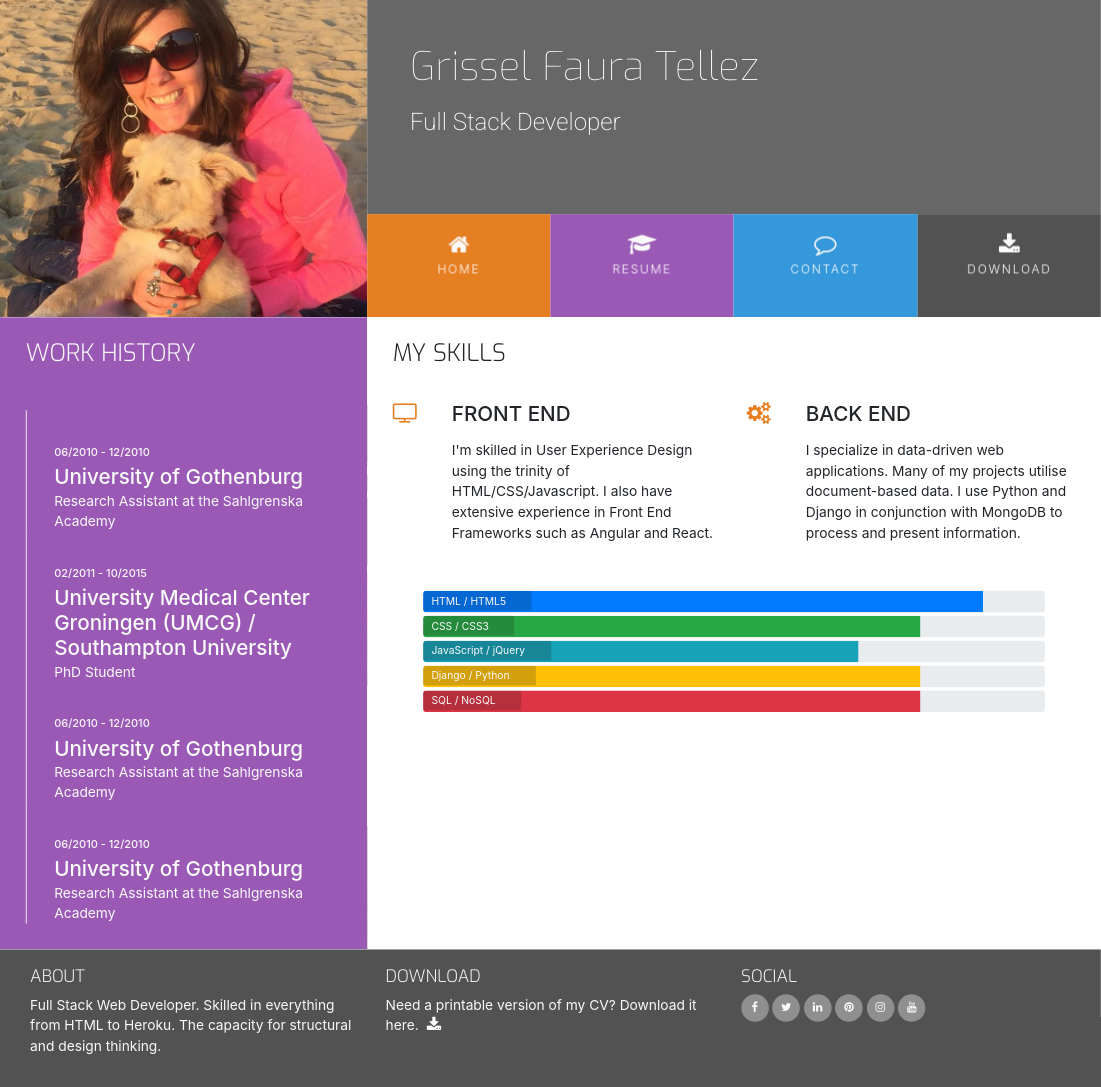
Repository: grisselfaura/Resume-Project-Introduction
Page: resume.html
The author's editor kept a record of every edit. The page is drawn from the files as they stood at one moment, then again after the next edit.
The browser window is 1280 px wide. The pictures show the whole page, at 86% of full size.

Above is the page before.

### resume.html
<!DOCTYPE html>
<html lang="en">
<head>
    <meta charset="UTF-8">
    <meta name="viewport" content="width=device-width, initial-scale=1.0">
    <meta http-equiv="X-UA-Compatible" content="ie=edge">
    <link rel="stylesheet" href="https://stackpath.bootstrapcdn.com/bootstrap/4.3.1/css/bootstrap.min.css" type="text/css" />
    <link rel="stylesheet" href="https://stackpath.bootstrapcdn.com/font-awesome/4.7.0/css/font-awesome.min.css" type="text/css" />
    <link rel="stylesheet" href="https://cdnjs.cloudflare.com/ajax/libs/hover.css/2.3.1/css/hover-min.css" type="text/css" />
    <link rel="stylesheet" href="assets/CSS/style.css" type="text/css" />
    <title>Grissel</title>
</head>
<body>
    <header>
       <div class="row no-gutters">
           <a class="col-md-4 logo" href="index.html"></a>
           <div class="col-md-8">
               <div class="row no-gutters bg-color-name-title">
                   <div class="col heading">
                       <h1 class="name">Grissel Faura Tellez</h1>
                       <h2 class="title">Full Stack Developer</h2>
                    </div>
               </div>
               <div class="row no-gutters">
                   <div class="col">
                       <ul id="nav" class="list-inline menucontainer">
                           <li class="col-6 col-sm-3 ui-menu-color-home list-inline-item menuitem">
                               <a href="#" class="hvr-sweep-to-bottom"><i class="fa fa-home" aria-hidden="true"></i><span>Home</span></a>
                           </li>
                           <li class="col-6 col-sm-3 ui-menu-color-resume list-inline-item menuitem">
                               <a href="#" class="hvr-sweep-to-bottom"><i class="fa fa-graduation-cap" aria-hidden="true"></i><span>Resume</span></a>
                           </li>
                           <li class="col-6 col-sm-3 ui-menu-color-contact list-inline-item menuitem">
                               <a href="#" class="hvr-sweep-to-bottom"><i class="fa fa-comment-o" aria-hidden="true"></i><span>Contact</span></a>
                           </li>
                           <li class="col-6 col-sm-3 ui-menu-color-download list-inline-item menuitem">
                               <a href="#" class="hvr-sweep-to-bottom"><i class="fa fa-download" aria-hidden="true"></i><span>Download</span></a>
                           </li>
                       </ul>
                   </div>
               </div>
           </div>
       </div>
    </header>
    <section class="container-fluid">
        <div class="row">
            <div class="col-md-4 bg-color-work-history section-column">
                <div class="row">
                    <div class="col-12">
                        <h3 class="history-heading uppercase">
                            Work History
                            </h3>
                    </div>
                </div>
                <div class="timeline-item" data-dates="06/2010 - 12/2010">
                    <h4>University of Gothenburg</h4>
                    <p>Research Assistant at the Sahlgrenska Academy</p>
                </div>
                <div class="timeline-item" data-dates="02/2011 - 10/2015">
                    <h4>University Medical Center Groningen (UMCG) / Southampton University</h4>
                    <p>PhD Student</p>
                </div>
                <div class="timeline-item" data-dates="06/2010 - 12/2010">
                    <h4>University of Gothenburg</h4>
                    <p>Research Assistant at the Sahlgrenska Academy</p>
                </div>
                <div class="timeline-item" data-dates="06/2010 - 12/2010">
                    <h4>University of Gothenburg</h4>
                    <p>Research Assistant at the Sahlgrenska Academy</p>
                </div>
            </div>
            <div class="col-md-8 bg-color-three-reasons section-column">
                <div class="row">
                    <div class="col">
                        <h3 class="section-heading uppercase">My Skills</h3>
                    </div>
                </div>
                <div class="row">
                    <div class="col-10 offset-1 offset-sm-0 col-sm-4 col-md-6">
                        <div class="row">
                            <div class="col-2">
                                <i class="three-reasons-icon fa fa-tv" aria-hidden="true"></i>
                            </div>
                            <div class="col-10">
                                <h4 class="three-reasons-heading uppercase">Front End</h4>
                                <p>
                                    I'm skilled in User Experience Design using the trinity of HTML/CSS/Javascript. I also have extensive experience in Front End Frameworks such as Angular and React.
                                </p>
                            </div>
                        </div>
                    </div>
                    <div class="col-10 offset-1 offset-sm-0 col-sm-4 col-md-6">
                        <div class="row">
                            <div class="col-2">
                                <i class="three-reasons-icon fa fa-gears" aria-hidden="true"></i>
                            </div>
                            <div class="col-10">
                                <h4 class="three-reasons-heading uppercase">Back End</h4>
                                <p>
                                    I specialize in data-driven web applications. Many of my projects utilise document-based data. I use Python and Django in conjunction with MongoDB to process and present information.
                                </p>
                            </div>
                        </div>
                    </div>
                </div>
                <div class="row progress-section">
                    <div class="col">
                        <div class="progress">
                            <div class="progress-bar" role="progressbar" aria-valuenow="90" aria-valuemin="0" aria-valuemax="100" style="width:90%;">
                                <span class="sr-only">90% complete</span>
                            </div>
                            <span class="progress-type">HTML / HTML5</span>
                        </div>
                        <div class="progress">
                            <div class="progress-bar bg-success" role="progressbar" aria-valuenow="80" aria-valuemin="0" aria-valuemax="100" style="width:80%;">
                                <span class="sr-only">80% complete</span>
                            </div>
                            <span class="progress-type">CSS / CSS3</span>
                        </div>
                        <div class="progress">
                            <div class="progress-bar bg-info" role="progressbar" aria-valuenow="70" aria-valuemin="0" aria-valuemax="100" style="width:70%;">
                                <span class="sr-only">70% complete</span>
                            </div>
                            <span class="progress-type">JavaScript / jQuery</span>
                        </div>
                        <div class="progress">
                            <div class="progress-bar bg-warning" role="progressbar" aria-valuenow="80" aria-valuemin="0" aria-valuemax="100" style="width:80%;">
                                <span class="sr-only">80% complete</span>
                            </div>
                            <span class="progress-type">Django / Python</span>
                        </div>
                         <div class="progress">
                            <div class="progress-bar bg-danger" role="progressbar" aria-valuenow="80" aria-valuemin="0" aria-valuemax="100" style="width:80%;">
                                <span class="sr-only">80% complete</span>
                            </div>
                            <span class="progress-type">SQL / NoSQL</span>
                        </div>
                    </div>
                </div>
            </div>
        </div>
 </section>
    <footer class="container-fluid">
        <div id="footer-details" class="row">
            <div class="col-sm-4">
                <h5 class="uppercase general-sub">About</h5>
                <p class ="inline-block">
                Full Stack Web Developer. Skilled in everything from HTML to Heroku. The capacity for structural and design thinking.</p>
            </div>
            <div class="col-sm-4">
                <h5 class="uppercase general-sub">Download</h5>
                <p class ="inline-block">
                Need a printable version of my CV? Download it here.
                    <a href="#" target="_blank" class="cv-pdf">
                        <i class="fa fa-download" aria-hidden="true"></i>
                        <span class="sr-only">Download link again.</span>
                    </a>
                </p>
             </div>
            <div class="col-sm-4">
                <h5 class="uppercase general-sub">Social</h5>
                <ul class="list-inline social-links">
                    <li class="list-inline-item">
                        <a target="_blank" href="#">
                            <i class="fa fa-facebook" aria-hidden="true"></i>
                            <span class="sr-only">Facebook</span>
                        </a>
                    </li>
                    <li class="list-inline-item">
                        <a target="_blank" href="#">
                            <i class="fa fa-twitter" aria-hidden="true"></i>
                            <span class="sr-only">Twitter</span>
                        </a>
                    </li>
                     <li class="list-inline-item">
                        <a target="_blank" href="#">
                            <i class="fa fa-linkedin" aria-hidden="true"></i>
                            <span class="sr-only">LinkedIn</span>
                        </a>
                    </li>
                    <li class="list-inline-item">
                        <a target="_blank" href="#">
                            <i class="fa fa-pinterest" aria-hidden="true"></i>
                            <span class="sr-only">Pinterest</span>
                        </a>
                    </li>
                    <li class="list-inline-item">
                        <a target="_blank" href="#">
                            <i class="fa fa-instagram" aria-hidden="true"></i>
                            <span class="sr-only">Instagram</span>
                        </a>
                    </li>
                    <li class="list-inline-item">
                        <a target="_blank" href="#">
                            <i class="fa fa-youtube" aria-hidden="true"></i>
                            <span class="sr-only">Youtube</span>
                        </a>
                    </li>
                </ul>
            </div>
        </div>
    </footer>
</body>
</html>

### assets/CSS/style.css
@import url('https://fonts.googleapis.com/css?family=Roboto:100,200,300,400,500,600,700|Exo:100,200,300,400,500,600,700');

/*---------------------------------Colours*/

.bg-color-name-title {
    background-color: #676767;
}

.bg-color-three-reasons {
    background-color: #fff;
}

.bg-color-personal-info {
    background-color: #f4f4f4;
}

.bg-color-work-history {
    background-color: #9b59b6;
}

.ui-menu-color-home {
    background-color: #e67e22;
}

.ui-menu-color-resume {
    background-color: #9b59b6;
}

.ui-menu-color-contact {
    background-color: #3498db;
}

.ui-menu-color-download {
    background-color: #525252;
}
/*---------------------------------Special paddings/margins/text*/

h1,
h2,
h3,
h4 {
    margin: 0;
}

.uppercase {
   text-transform: uppercase;
}

.general-sub {
    font-family: "Exo", sans-serif;
    font-weight: 300;
    color: #fafafa;
}

.inline-block {
    display: inline-block;
}

.row-table {
    display: table;
}

.section-column {
    display: table-cell;
    padding: 0 30px 30px;
    float: none;
}

.history-heading,
.section-heading {
    font-family: "Exo", sans-serif;
    font-weight: 300;
    margin-top: 25px;
    margin-bottom: 40px;
}

/*---------------------------------Heading*/
header {
    margin: 0;
}

.heading {
    margin-left: 50px;
}

.logo {
    background: url("../images/gri.jpg");
    background-position: center;
    background-repeat: no-repeat;
    background-size: cover;
    min-height: 360px;
    transition: all .5s ease-in-out;
    -moz-transition: all .5s ease-in-out;
    -webkit-transition: all .5s ease-in-out;
}

.name {
    font-family: "Exo", sans-serif;
    font-weight: 100;
    font-size: 46px;
    margin-top: 50px;
    color: #ffffff;
}

.title {
    font-family: "Roboto", sans-serif;
    font-weight: 200;
    font-size: 28px;
    margin-top: 20px;
    margin-bottom: 90px;
    color: #ffffff;
}
.list-inline-item:not(:last-child) {
    margin-right: 0;
}
.menucontainer {
    font-size: 0;
}

#nav {
    margin: 0
}

#nav li {
    font-size: 14px;
    padding: 0;
}

.menuitem {
    height: 120px;
    text-align: center;
    padding: 0;
}

.menuitem a {
    width: 100%;
    text-decoration: none;
    color: #fff;
    height: 120px;
}

.menuitem a i {
    padding-top: 22px;
    display: block;
    color: #fafafa;
    font-size: 26px;
}

.menuitem span {
    display: block;
    width: 100%;
    padding-top: 5px;
    text-align: center;
    text-transform: uppercase;
    font-size: 14px;
    font-weight: 300;
    letter-spacing: 2px;
}

/*---------------------------------Hover.css*/
.hvr-sweep-to-bottom:before {
    background: rgba(0,0,0,0.2);
    height: 120px;
}

/*---------------------------------Footer*/

footer {
    background-color: #525252;
    color: #fafafa;
    min-height: 120px;
    margin: 0;
}

.cv-pdf i {
  font-size: 18px;
  color: #fafafa;
  text-align: center;
  padding-left: 5px;
  transition: all 0.35s ease-in-out;
  -moz-transition: all 0.35s ease-in-out;
  -webkit-transition: all 0.35s ease-in-out;
  -o-transition: all 0.35s ease-in-out;
}

.cv-pdf i:hover {
  color: #e84610;
}

.social-links {
    padding-bottom: 15px;
}

.social-links li a i {
    width: 32px;
    height: 32px;
    padding: 12px 0;
    border-radius: 50%;
    font-size: 13px;
    line-height: 7px;
    text-align: center;
    color: #fafafa;
    background: #8f8f8f;
    transition: all 0.35s ease-in-out;
    -moz-transition: all 0.35s ease-in-out;
    -webkit-transition: all 0.35s ease-in-out;
    -o-transition: all 0.35s ease-in-out;
}

.social-links li a i:hover {
    background: #e84610;
}

#footer-details {
    padding: 20px;
}

/*---------------------------------Three Reasons*/

.three-reasons-icon {
    font-size: 26px;
    color: #e67e22;
}

.three-reasons-heading {
    margin-bottom: 15px;
}

/*---------------------------------Personal Info*/
.personal-info-item {
    margin-bottom: 20px;
    display: block;
    clear: both;
}

.personal-info-item .key,
.personal-info-item .value {
    padding-right: 8px;
    display: inline-block;
}

.personal-info-item .key p,
.personal-info-item .value p {
    margin: 0;
}

.personal-info-item .key {
    width: 30%;
    margin-right: 21px;
    padding-top: 2px;
    vertical-align: top;
}

.personal-info-item .key p {
    font-weight: 700;
}

.personal-info-item .value {
    position: relative;
    width: 60%;
}

/*---------------------------------Skills*/

.progress {
    position: relative;
    height: 25px;
    margin-bottom: 4px;
}

.progress-type {
    position: absolute;
    left:0px;
    font-weight: 400;
    padding: 3px 30px 2px 10px;
    color: #fafafa;
    background-color: rgba(25, 25, 25, 0.2);
}

.progress-section {
    margin: 40px 20px;
}

/*---------------------------------Work History*/

.history-heading {
    color: #fafafa;
    margin-bottom: 50px;
}

.timeline-item {
    padding: 4em 2em 0em 2em;
    position: relative;
    color: #fafafa;
    border-left: 1px solid;
}

.timeline-item p {
    padding: 0;
    margin: 0;
}

.timeline-item:before {
    content: attr(data-dates);
    position: absolute;
    left: 2.5em;
    top: 3em;
    display: block;
    font-family:  !important;
    font-weight: 500;
    font-size: 0.8em;
    padding: 0;
    margin:0;
}

After the next edit:
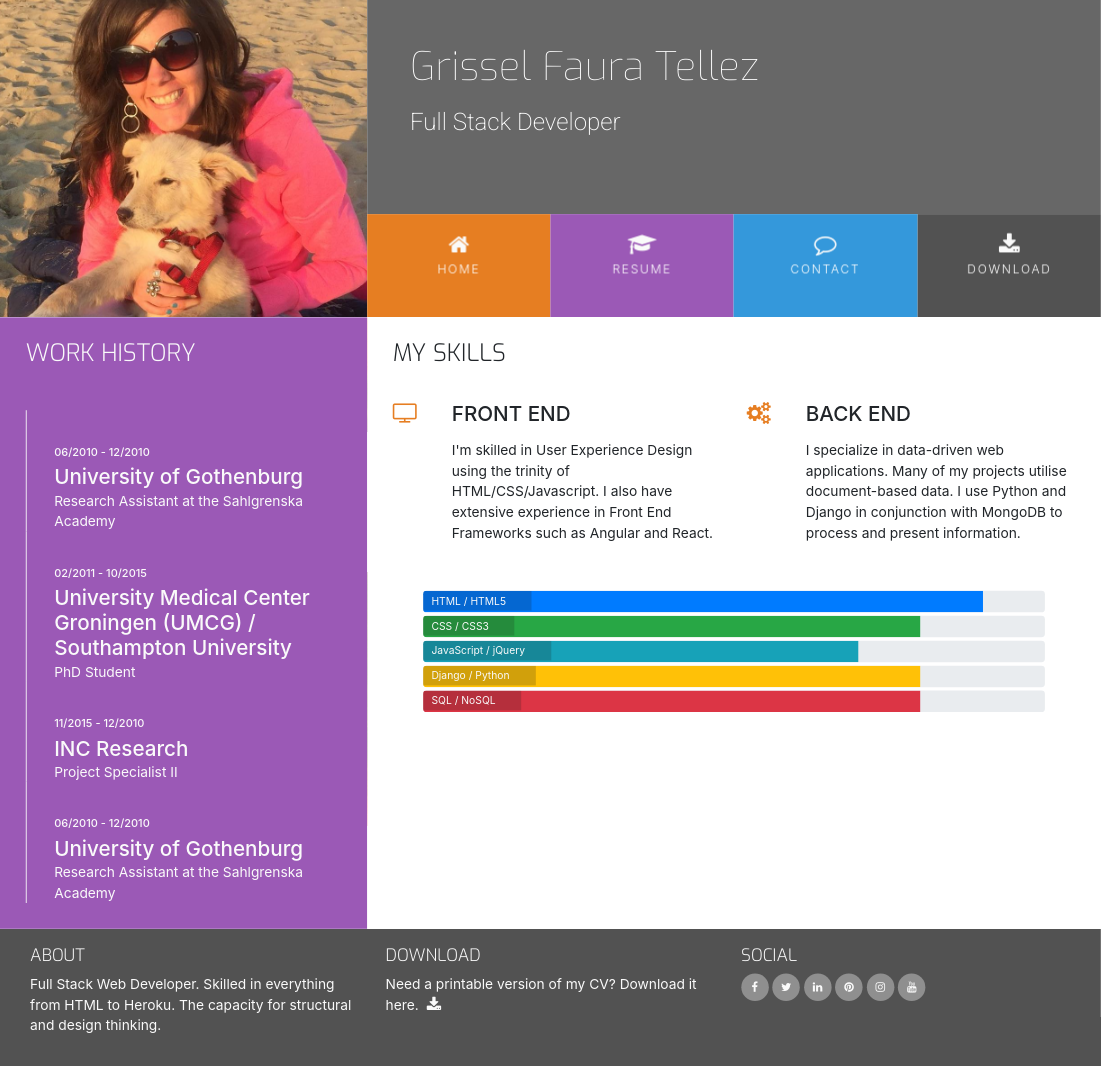
The edit:
--- a/resume.html
+++ b/resume.html
@@ -60,14 +60,15 @@
                     <h4>University Medical Center Groningen (UMCG) / Southampton University</h4>
                     <p>PhD Student</p>
                 </div>
+                <div class="timeline-item" data-dates="11/2015 - 12/2010">
+                    <h4>INC Research</h4>
+                    <p>Project Specialist II</p>
+                </div>
                 <div class="timeline-item" data-dates="06/2010 - 12/2010">
                     <h4>University of Gothenburg</h4>
                     <p>Research Assistant at the Sahlgrenska Academy</p>
                 </div>
-                <div class="timeline-item" data-dates="06/2010 - 12/2010">
-                    <h4>University of Gothenburg</h4>
-                    <p>Research Assistant at the Sahlgrenska Academy</p>
-                </div>
+
             </div>
             <div class="col-md-8 bg-color-three-reasons section-column">
                 <div class="row">
